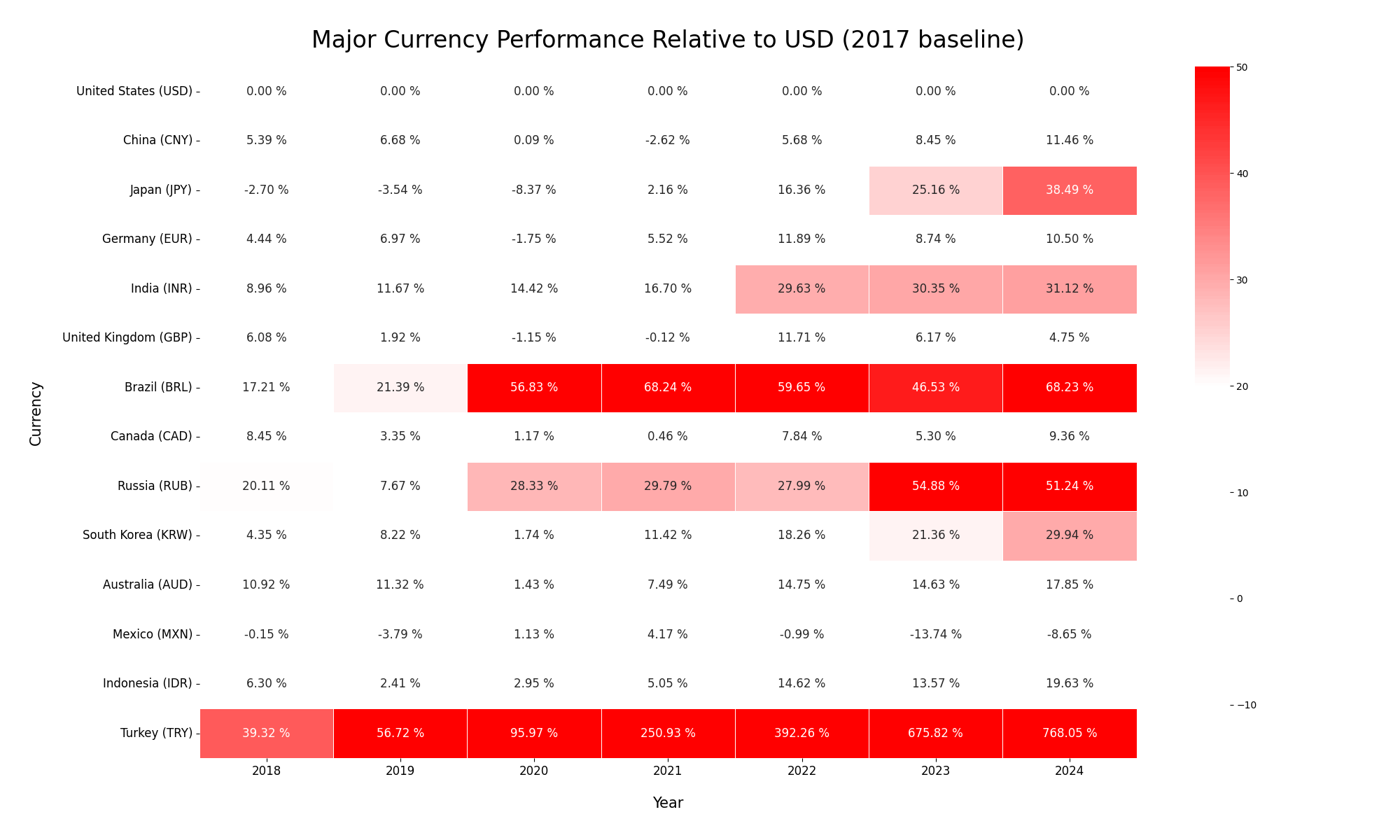
Repository: Lukeshirley/Global_Currencies_vs_USD
Script's output: python visualize_data.py
An editor plug-in stored every save of this project. The script's output is shown before and after the next save, followed by the edit.
Figures wider than 1,400 px are first shrunk to that width. Random numbers start from a fixed seed.

Above is the script's output before, as saved 2024-07-23 09:10:03.

### visualize_data.py
import pandas as pd
import seaborn as sns
import matplotlib.pyplot as plt
from matplotlib.colors import LinearSegmentedColormap

def format_for_heatmap(value):
    try:
        return float(value.replace('%', ''))
    except:
        return 0

def visualize_performance():
    df = pd.read_csv('currency_performance.csv')

    # List of top 15 countries by GDP and their currencies
    major_currencies = {
        'USD': 'United States',
        'CNY': 'China',
        'JPY': 'Japan',
        'EUR': 'Germany',
        'INR': 'India',
        'GBP': 'United Kingdom',
        'BRL': 'Brazil',
        'CAD': 'Canada',
        'RUB': 'Russia',
        'KRW': 'South Korea',
        'AUD': 'Australia',
        'MXN': 'Mexico',
        'IDR': 'Indonesia',
        'TRY': 'Turkey'
    }

    # Ensure the DataFrame is using the correct index
    df.set_index('currency', inplace=True)

    # Filter only those currencies that are available in the dataset
    available_major_currencies = {k: v for k, v in major_currencies.items() if k in df.columns}

    # Filter the DataFrame to include only the major currencies
    df_filtered = df[available_major_currencies.keys()]

    # Rename the columns to include country names
    df_filtered.columns = [f"{country} ({currency})" for currency, country in available_major_currencies.items()]

    # Transpose the DataFrame for proper visualization
    df_filtered = df_filtered.T

    # Convert the percentage values for heatmap visualization
    df_filtered_values = df_filtered.applymap(format_for_heatmap)

    # Custom colormap
    colors = [(0, 'green'), (0.3, 'white'), (0.7, 'white'), (1, 'red')]
    cmap = LinearSegmentedColormap.from_list('custom_red_green', colors, N=256)

    plt.figure(figsize=(20, 12))
    sns.heatmap(df_filtered_values, annot=df_filtered, cmap=cmap, fmt="", linewidths=.5, cbar=True, annot_kws={"size": 12}, center=0, vmin=-15, vmax=50)
    plt.title('Major Currency Performance Relative to USD (2017 baseline)', fontsize=24, pad=20)
    plt.xlabel('Year', fontsize=15, labelpad=20)
    plt.ylabel('Currency', fontsize=15, labelpad=20)
    plt.xticks(ticks=[i + 0.5 for i in range(len(df_filtered.columns))], labels=[d[:4] for d in df_filtered.columns], rotation=0, ha='center', fontsize=12)
    plt.yticks(fontsize=12)
    plt.tight_layout(pad=3.0)
    plt.savefig('major_currency_performance_matrix.png', dpi=300)
    plt.show()

def main():
    visualize_performance()

if __name__ == "__main__":
    main()

### currency_performance.csv
currency,AED,AFN,ALL,AMD,ANG,AOA,ARS,AUD,AWG,AZN,BAM,BBD,BDT,BGN,BHD,BIF,BMD,BND,BOB,BRL,BSD,BTC,BTN,BWP,BYN,BZD,CAD,CDF,CHF,CLF,CLP,CNH,CNY,COP,CRC,CUC,CUP,CVE,CZK,DJF,DKK,DOP,DZD,EGP,ERN,ETB,EUR,FJD,FKP,GBP,GEL,GGP,GHS,GIP,GMD,GNF,GTQ,GYD,HKD,HNL,HRK,HTG,HUF,IDR,ILS,IMP,INR,IQD,IRR,ISK,JEP,JMD,JOD,JPY,KES,KGS,KHR,KMF,KPW,KRW,KWD,KYD,KZT,LAK,LBP,LKR,LRD,LSL,LYD,MAD,MDL,MGA,MKD,MMK,MNT,MOP,MRO,MRU,MUR,MVR,MWK,MXN,MYR,MZN,NAD,NGN,NIO,NOK,NPR,NZD,OMR,PAB,PEN,PGK,PHP,PKR,PLN,PYG,QAR,RON,RSD,RUB,RWF,SAR,SBD,SCR,SDG,SEK,SGD,SHP,SLL,SOS,SRD,SSP,STD,STN,SVC,SYP,SZL,THB,TJS,TMT,TND,TOP,TRY,TTD,TWD,TZS,UAH,UGX,USD,UYU,UZS,VEF,VES,VND,VUV,WST,XAF,XAG,XAU,XCD,XDR,XOF,XPD,XPF,XPT,YER,ZAR,ZMW,ZWL
2018-12-31,-0.00 %,8.54 %,-2.59 %,0.46 %,-0.37 %,85.99 %,96.38 %,10.92 %,0.56 %,0.15 %,4.86 %,0.00 %,1.18 %,4.86 %,0.03 %,2.32 %,0.00 %,18.14 %,-0.17 %,17.21 %,0.00 %,274.37 %,9.47 %,9.15 %,9.64 %,0.48 %,8.45 %,2.64 %,1.17 %,5.05 %,12.86 %,5.52 %,5.39 %,8.40 %,6.96 %,0.00 %,0.98 %,4.73 %,5.36 %,-0.31 %,4.96 %,4.62 %,3.04 %,0.60 %,-1.58 %,3.32 %,4.44 %,5.06 %,6.08 %,6.08 %,3.30 %,6.08 %,7.18 %,6.08 %,3.75 %,1.48 %,5.33 %,1.33 %,0.22 %,3.31 %,4.38 %,21.21 %,8.16 %,6.30 %,7.60 %,6.08 %,8.96 %,0.24 %,18.15 %,12.46 %,6.08 %,2.46 %,-0.13 %,-2.70 %,-1.22 %,-1.08 %,-0.73 %,4.92 %,0.00 %,4.35 %,0.64 %,0.19 %,15.71 %,2.87 %,-0.07 %,19.39 %,25.36 %,16.68 %,2.45 %,2.18 %,0.07 %,7.04 %,4.96 %,14.34 %,1.27 %,0.42 %,0.64 %,3.56 %,2.24 %,0.39 %,7.11 %,-0.15 %,1.75 %,3.47 %,16.35 %,1.47 %,5.40 %,5.27 %,9.46 %,5.64 %,0.05 %,0.00 %,4.34 %,5.18 %,4.92 %,26.50 %,7.38 %,6.89 %,0.05 %,4.48 %,4.72 %,20.11 %,3.84 %,0.03 %,6.12 %,-2.85 %,579.82 %,9.16 %,1.90 %,6.08 %,9.66 %,-1.08 %,0.00 %,0.00 %,2.89 %,4.97 %,0.18 %,0.07 %,16.23 %,-0.87 %,6.93 %,-0.28 %,20.29 %,0.50 %,39.32 %,1.23 %,3.09 %,3.03 %,-1.39 %,2.10 %,0.00 %,12.55 %,2.93 %,2488503.85 %,nan %,1.83 %,5.07 %,2.94 %,4.44 %,9.27 %,1.56 %,0.00 %,2.08 %,4.44 %,-16.07 %,4.44 %,16.85 %,-0.01 %,16.02 %,19.47 %,0.00 %
2019-12-31,0.01 %,12.36 %,-2.03 %,-0.90 %,-5.34 %,190.63 %,212.42 %,11.32 %,0.56 %,0.15 %,6.90 %,0.00 %,2.67 %,7.01 %,0.06 %,7.02 %,0.00 %,0.99 %,-0.31 %,21.39 %,0.00 %,93.37 %,11.92 %,7.80 %,6.71 %,0.41 %,3.35 %,5.70 %,-0.67 %,16.03 %,20.29 %,6.86 %,6.68 %,10.05 %,1.13 %,0.00 %,0.98 %,7.00 %,6.53 %,-0.32 %,7.41 %,9.55 %,3.83 %,-9.77 %,-1.62 %,16.81 %,6.97 %,5.23 %,1.92 %,1.92 %,10.24 %,1.92 %,25.80 %,1.92 %,7.53 %,6.07 %,4.96 %,1.18 %,-0.32 %,4.40 %,7.13 %,49.15 %,14.08 %,2.41 %,-0.60 %,1.92 %,11.67 %,0.33 %,18.15 %,17.23 %,1.92 %,6.52 %,-0.21 %,-3.54 %,-1.75 %,0.06 %,0.51 %,6.86 %,0.00 %,8.22 %,0.57 %,0.12 %,15.22 %,6.94 %,0.14 %,18.28 %,49.50 %,13.72 %,2.97 %,2.27 %,0.49 %,13.32 %,6.98 %,9.16 %,11.46 %,-0.24 %,0.64 %,7.42 %,8.35 %,0.32 %,1.71 %,-3.79 %,0.72 %,4.21 %,13.39 %,1.14 %,9.66 %,7.45 %,12.09 %,5.67 %,0.05 %,0.00 %,2.37 %,6.27 %,1.29 %,40.09 %,9.24 %,15.57 %,0.04 %,9.72 %,6.38 %,7.67 %,10.47 %,0.02 %,6.98 %,-2.46 %,544.30 %,14.46 %,0.85 %,1.92 %,-2.13 %,-1.05 %,0.00 %,-0.00 %,5.39 %,7.53 %,0.12 %,-0.02 %,13.35 %,-8.70 %,9.90 %,-0.28 %,12.94 %,0.94 %,56.72 %,0.59 %,0.84 %,2.93 %,-15.72 %,0.80 %,0.00 %,29.24 %,17.23 %,2488503.85 %,nan %,2.11 %,9.02 %,3.71 %,6.97 %,-5.21 %,-14.13 %,0.00 %,2.87 %,6.97 %,-45.37 %,6.97 %,-3.55 %,0.01 %,13.19 %,40.93 %,-0.11 %
2020-12-31,0.00 %,11.21 %,-9.09 %,8.21 %,0.69 %,294.25 %,338.94 %,1.43 %,0.56 %,0.15 %,-2.22 %,0.00 %,2.37 %,-1.80 %,0.04 %,10.45 %,0.00 %,-0.95 %,-0.60 %,56.83 %,0.00 %,-52.16 %,14.56 %,10.08 %,32.17 %,0.41 %,1.17 %,23.58 %,-9.35 %,11.71 %,15.58 %,-0.13 %,0.09 %,15.17 %,7.94 %,-0.02 %,0.98 %,-1.79 %,0.90 %,-0.33 %,-1.80 %,20.37 %,15.15 %,-11.44 %,-1.61 %,43.81 %,-1.75 %,0.88 %,-1.15 %,-1.15 %,26.62 %,-1.15 %,29.62 %,-1.15 %,8.59 %,10.95 %,6.19 %,1.18 %,-0.77 %,2.49 %,-0.19 %,13.80 %,14.71 %,2.95 %,-7.54 %,-1.15 %,14.42 %,23.00 %,18.15 %,23.72 %,-1.15 %,14.93 %,-0.21 %,-8.37 %,5.77 %,19.13 %,-0.47 %,-1.87 %,0.00 %,1.74 %,0.88 %,0.12 %,26.81 %,11.90 %,0.23 %,20.81 %,30.88 %,19.05 %,-1.36 %,-4.92 %,0.29 %,18.88 %,-2.09 %,-1.78 %,17.96 %,-0.67 %,0.64 %,3.08 %,18.32 %,-0.00 %,6.27 %,1.13 %,-0.27 %,26.79 %,18.78 %,7.89 %,13.22 %,4.77 %,14.56 %,-1.25 %,0.03 %,0.00 %,11.79 %,10.16 %,-3.90 %,44.88 %,6.79 %,23.88 %,0.05 %,2.46 %,-2.31 %,28.33 %,16.10 %,0.02 %,3.09 %,50.95 %,688.07 %,0.60 %,-1.16 %,-1.15 %,31.93 %,-0.91 %,89.78 %,-0.00 %,-0.33 %,-0.65 %,0.12 %,-0.33 %,18.61 %,-7.79 %,28.50 %,-0.28 %,9.67 %,0.45 %,95.97 %,0.60 %,-5.28 %,3.86 %,0.77 %,0.55 %,0.00 %,46.68 %,29.19 %,2488503.85 %,nan %,2.17 %,3.23 %,-0.52 %,-1.75 %,-35.84 %,-31.37 %,0.00 %,-1.26 %,-1.75 %,-56.71 %,-1.75 %,-13.27 %,0.03 %,18.45 %,111.96 %,-0.11 %
2021-12-31,0.00 %,49.26 %,-3.76 %,-0.63 %,1.13 %,231.83 %,436.13 %,7.49 %,0.56 %,0.00 %,6.07 %,0.00 %,3.71 %,5.71 %,0.03 %,13.95 %,0.00 %,1.22 %,-0.41 %,68.24 %,0.00 %,-70.20 %,16.63 %,19.83 %,29.40 %,0.45 %,0.46 %,25.55 %,-6.39 %,33.96 %,38.60 %,-2.31 %,-2.62 %,35.71 %,13.57 %,0.00 %,0.98 %,5.75 %,2.79 %,-0.46 %,5.41 %,18.72 %,21.03 %,-11.60 %,-1.61 %,79.63 %,5.52 %,4.25 %,-0.12 %,-0.12 %,19.30 %,-0.12 %,35.73 %,-0.12 %,10.67 %,3.44 %,5.17 %,1.17 %,-0.23 %,3.33 %,6.76 %,57.17 %,25.45 %,5.05 %,-10.55 %,-0.12 %,16.70 %,22.88 %,18.63 %,25.64 %,-0.12 %,23.80 %,-0.18 %,2.16 %,9.69 %,22.06 %,0.26 %,5.90 %,0.00 %,11.42 %,0.35 %,0.16 %,30.94 %,34.65 %,0.15 %,32.36 %,15.65 %,29.34 %,238.50 %,-0.76 %,3.85 %,21.58 %,6.24 %,31.56 %,18.07 %,-0.04 %,nan %,6.70 %,29.95 %,-0.00 %,12.28 %,4.17 %,2.83 %,8.22 %,28.97 %,14.68 %,14.93 %,7.43 %,16.63 %,3.79 %,0.04 %,0.00 %,23.21 %,9.71 %,2.07 %,61.23 %,15.83 %,23.27 %,0.04 %,11.94 %,4.93 %,29.79 %,18.94 %,0.10 %,4.27 %,-1.59 %,6143.17 %,10.58 %,0.84 %,-0.12 %,47.83 %,-0.27 %,179.00 %,-0.00 %,3.46 %,7.29 %,0.16 %,387.87 %,28.89 %,2.06 %,28.23 %,0.00 %,17.05 %,0.48 %,250.93 %,1.09 %,-6.57 %,3.30 %,-2.93 %,-2.46 %,0.00 %,55.27 %,33.44 %,nan %,nan %,0.30 %,6.99 %,2.66 %,5.52 %,-27.40 %,-28.77 %,0.00 %,1.59 %,5.52 %,-44.03 %,5.52 %,-3.92 %,-0.03 %,28.86 %,66.88 %,-0.11 %
2022-12-31,-0.01 %,25.88 %,-3.31 %,-18.53 %,1.12 %,203.57 %,824.80 %,14.75 %,0.56 %,0.00 %,12.61 %,0.00 %,24.78 %,12.14 %,-0.07 %,17.28 %,0.00 %,0.87 %,-0.21 %,59.65 %,0.00 %,-16.01 %,29.50 %,30.37 %,27.72 %,0.44 %,7.84 %,27.27 %,-5.07 %,33.41 %,37.99 %,6.37 %,5.68 %,61.71 %,3.31 %,0.00 %,0.98 %,12.31 %,6.06 %,-0.60 %,12.00 %,16.39 %,19.61 %,39.10 %,-1.61 %,96.07 %,11.89 %,8.96 %,11.71 %,11.71 %,4.07 %,11.71 %,84.23 %,11.71 %,29.98 %,-2.72 %,6.93 %,1.21 %,-0.01 %,4.60 %,13.74 %,129.90 %,44.25 %,14.62 %,1.47 %,11.71 %,29.63 %,22.92 %,17.44 %,37.02 %,11.71 %,21.96 %,-0.17 %,16.36 %,19.72 %,23.36 %,1.45 %,12.07 %,0.00 %,18.26 %,1.31 %,0.15 %,39.30 %,108.77 %,0.77 %,137.91 %,23.09 %,37.93 %,255.06 %,11.63 %,11.92 %,37.37 %,12.62 %,55.36 %,40.62 %,-0.12 %,nan %,4.99 %,31.01 %,0.03 %,41.31 %,-0.99 %,8.46 %,8.22 %,37.54 %,24.74 %,18.17 %,19.05 %,29.50 %,11.85 %,0.04 %,0.00 %,17.48 %,9.56 %,11.44 %,104.92 %,25.77 %,31.36 %,0.03 %,18.84 %,11.08 %,27.99 %,25.38 %,0.23 %,6.65 %,-4.56 %,8062.50 %,27.41 %,0.24 %,11.71 %,130.89 %,-2.75 %,326.51 %,-0.00 %,11.56 %,13.89 %,0.15 %,387.88 %,37.45 %,6.17 %,15.69 %,-0.28 %,27.15 %,3.42 %,392.26 %,1.13 %,3.36 %,4.47 %,31.10 %,2.34 %,0.00 %,38.82 %,38.44 %,nan %,nan %,4.13 %,11.58 %,6.46 %,11.89 %,-29.36 %,-28.57 %,0.00 %,7.03 %,11.89 %,-40.68 %,11.89 %,-13.23 %,-0.01 %,37.52 %,81.37 %,-0.11 %
2023-12-31,-0.00 %,1.82 %,-15.45 %,-16.16 %,1.31 %,400.15 %,4133.16 %,14.63 %,0.56 %,0.00 %,8.58 %,0.00 %,33.00 %,8.67 %,0.19 %,62.32 %,0.00 %,-0.89 %,-0.02 %,46.53 %,0.00 %,-67.17 %,30.70 %,36.85 %,67.37 %,0.62 %,5.30 %,71.49 %,-13.65 %,39.07 %,43.36 %,9.42 %,8.45 %,30.20 %,-7.93 %,0.00 %,0.98 %,8.18 %,5.17 %,-0.10 %,8.87 %,20.23 %,17.16 %,74.26 %,-1.61 %,106.01 %,8.74 %,7.70 %,6.17 %,6.17 %,3.49 %,6.17 %,164.57 %,6.17 %,41.27 %,-4.44 %,6.79 %,1.47 %,-0.06 %,4.69 %,10.26 %,107.05 %,34.16 %,13.57 %,3.70 %,6.17 %,30.35 %,10.35 %,18.15 %,31.61 %,6.17 %,24.44 %,-0.13 %,25.16 %,52.43 %,28.26 %,0.83 %,8.40 %,0.00 %,21.36 %,2.04 %,0.34 %,37.78 %,147.64 %,896.78 %,111.66 %,50.20 %,50.15 %,251.18 %,5.98 %,1.28 %,41.37 %,8.73 %,55.65 %,42.39 %,0.31 %,nan %,12.53 %,31.45 %,-0.00 %,132.11 %,-13.74 %,13.20 %,8.30 %,49.72 %,149.88 %,19.05 %,23.96 %,30.70 %,12.39 %,0.11 %,0.00 %,14.29 %,17.46 %,10.89 %,152.71 %,12.81 %,30.74 %,0.11 %,15.88 %,7.62 %,54.88 %,47.83 %,0.04 %,8.55 %,-3.91 %,8476.33 %,23.26 %,-1.34 %,6.17 %,174.08 %,-2.33 %,392.70 %,-0.00 %,8.91 %,8.55 %,0.33 %,387.88 %,49.49 %,5.85 %,24.42 %,0.00 %,24.72 %,2.95 %,675.82 %,1.19 %,3.46 %,12.87 %,35.51 %,4.18 %,0.00 %,35.77 %,52.42 %,nan %,nan %,6.90 %,12.22 %,10.51 %,8.74 %,-28.85 %,-36.95 %,0.00 %,6.31 %,8.74 %,-3.31 %,8.74 %,-6.39 %,-0.04 %,47.80 %,158.21 %,-0.11 %
2024-07-23,0.00 %,1.70 %,-16.89 %,-19.72 %,1.11 %,425.93 %,4733.06 %,17.85 %,0.70 %,0.00 %,10.23 %,0.00 %,42.12 %,10.41 %,0.03 %,63.71 %,0.00 %,0.83 %,-0.22 %,68.23 %,0.00 %,-79.25 %,31.20 %,38.06 %,65.58 %,0.43 %,9.36 %,77.20 %,-8.50 %,48.45 %,53.59 %,11.89 %,11.46 %,35.55 %,-6.30 %,0.00 %,0.98 %,9.82 %,9.71 %,-0.29 %,10.74 %,22.42 %,17.35 %,172.12 %,-1.61 %,111.21 %,10.50 %,10.29 %,4.75 %,4.75 %,4.95 %,4.75 %,240.96 %,4.75 %,42.20 %,-4.42 %,5.71 %,1.19 %,-0.08 %,4.87 %,12.05 %,106.84 %,38.74 %,19.63 %,4.28 %,4.75 %,31.12 %,10.23 %,18.12 %,33.44 %,4.75 %,25.69 %,-0.24 %,38.49 %,28.44 %,21.80 %,1.20 %,10.25 %,0.00 %,29.94 %,1.41 %,0.13 %,42.44 %,166.92 %,5827.69 %,98.26 %,55.39 %,47.89 %,254.83 %,5.03 %,3.78 %,38.73 %,10.38 %,55.20 %,40.25 %,0.04 %,nan %,12.77 %,38.82 %,-0.33 %,139.16 %,-8.65 %,15.03 %,8.30 %,47.45 %,347.36 %,19.48 %,34.06 %,31.19 %,19.05 %,0.01 %,0.00 %,15.48 %,21.95 %,17.13 %,151.72 %,13.02 %,35.56 %,0.22 %,17.78 %,9.40 %,51.24 %,55.43 %,0.02 %,8.96 %,-3.20 %,8262.28 %,31.23 %,0.60 %,4.75 %,174.08 %,-2.42 %,293.47 %,-0.00 %,8.91 %,9.97 %,0.11 %,387.88 %,47.44 %,11.33 %,20.83 %,0.00 %,26.12 %,4.81 %,768.05 %,1.03 %,10.60 %,20.50 %,47.05 %,1.65 %,0.00 %,39.94 %,55.52 %,nan %,nan %,11.69 %,12.22 %,10.51 %,10.50 %,-41.73 %,-45.89 %,0.00 %,7.41 %,10.50 %,18.43 %,10.50 %,-2.41 %,0.01 %,48.25 %,159.61 %,-0.11 %

After the next save:
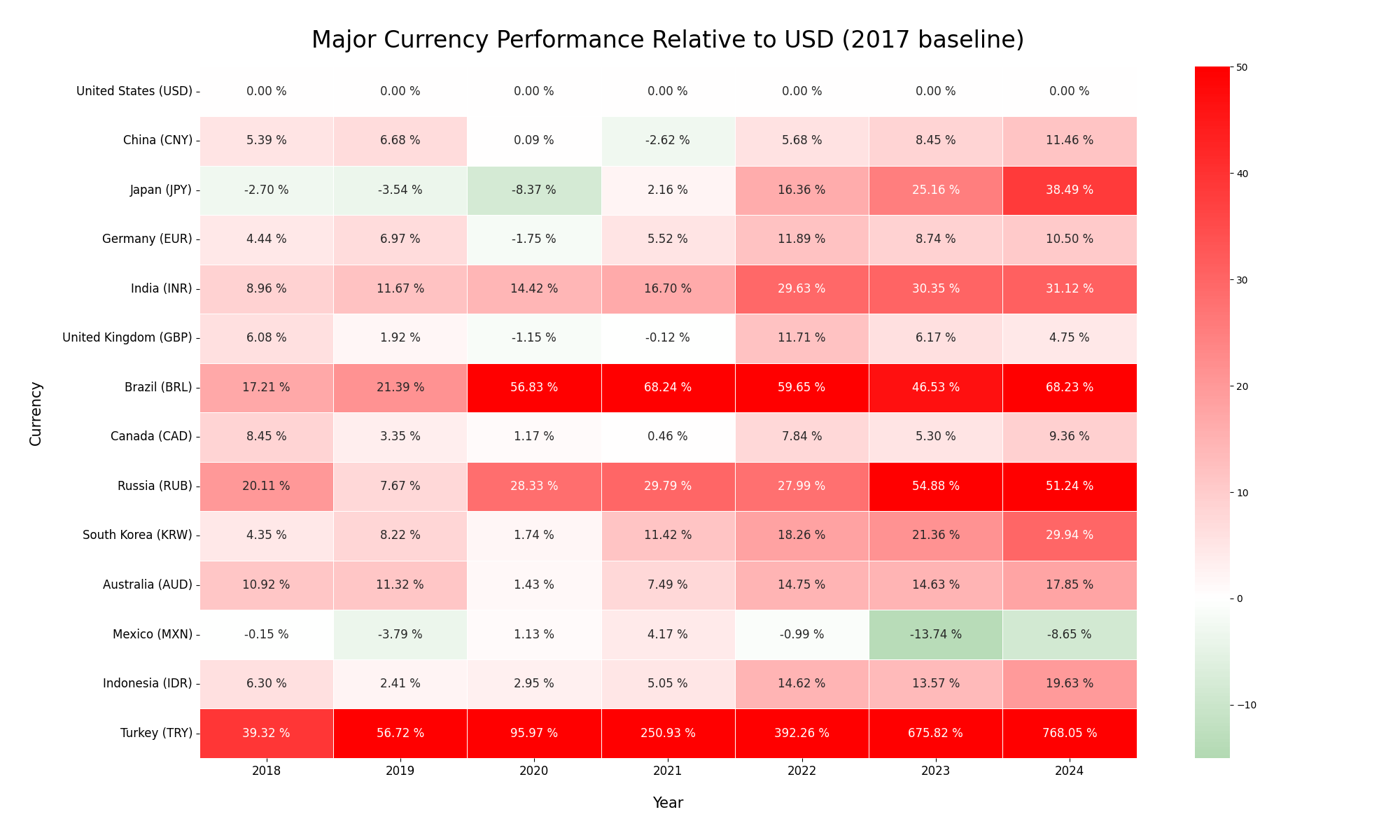
Saved 2 min 10 s later.
--- a/visualize_data.py
+++ b/visualize_data.py
@@ -49,7 +49,7 @@ def visualize_performance():
     df_filtered_values = df_filtered.applymap(format_for_heatmap)
 
     # Custom colormap
-    colors = [(0, 'green'), (0.3, 'white'), (0.7, 'white'), (1, 'red')]
+    colors = [(0, 'green'), (0.5, 'white'), (1, 'red')]
     cmap = LinearSegmentedColormap.from_list('custom_red_green', colors, N=256)
 
     plt.figure(figsize=(20, 12))
